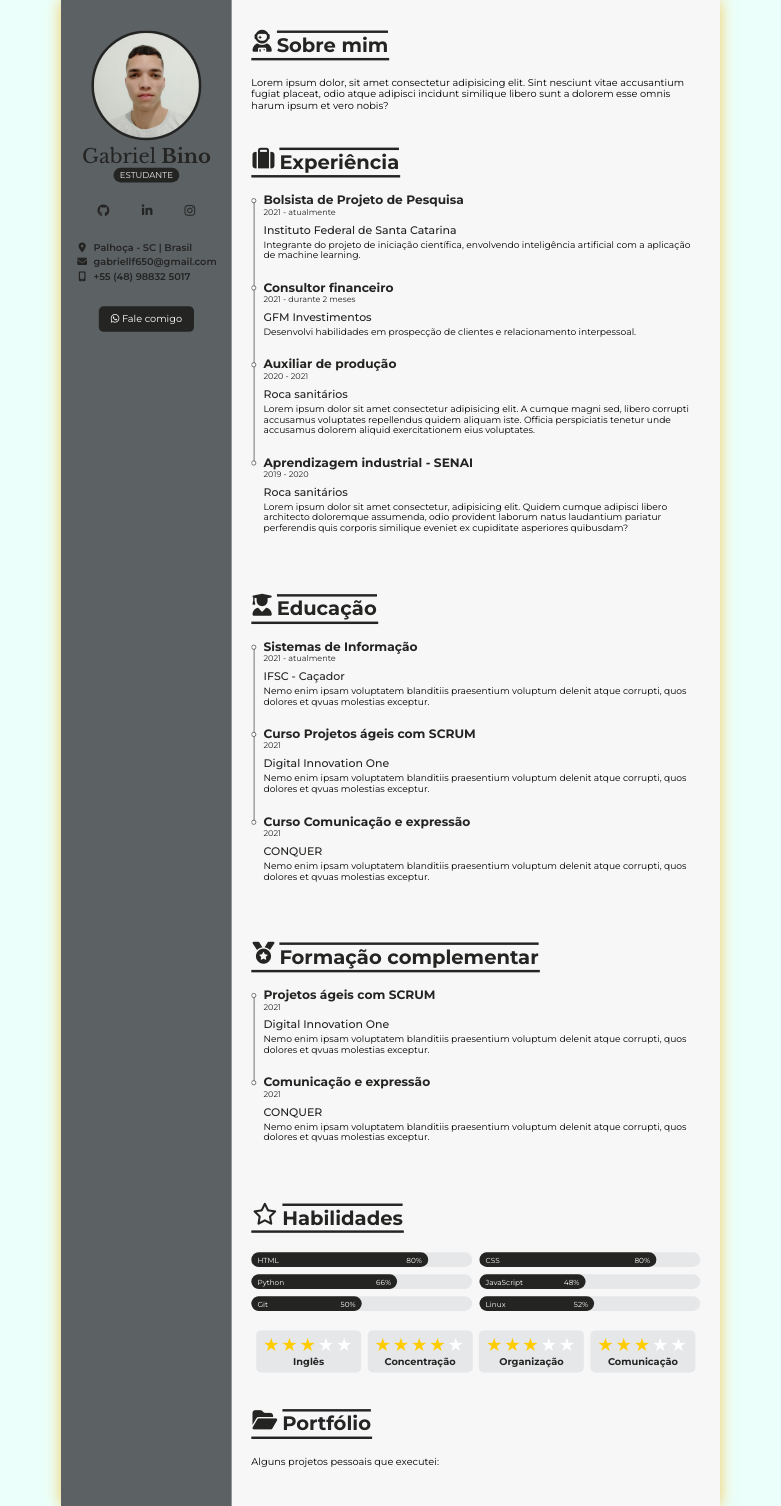
Repository: gabrielbino/curriculoResponsivo
Page: index.html
These files come from the project's save history. The page is drawn as it stood at one moment and after the next save; the edit follows.
The browser window is 1280 px wide. The pictures show the whole page, at 61% of full size.
Some web libraries are served in a nearby version.

Above is the page before, as saved 2021-10-19 16:38:07.

After the next save:
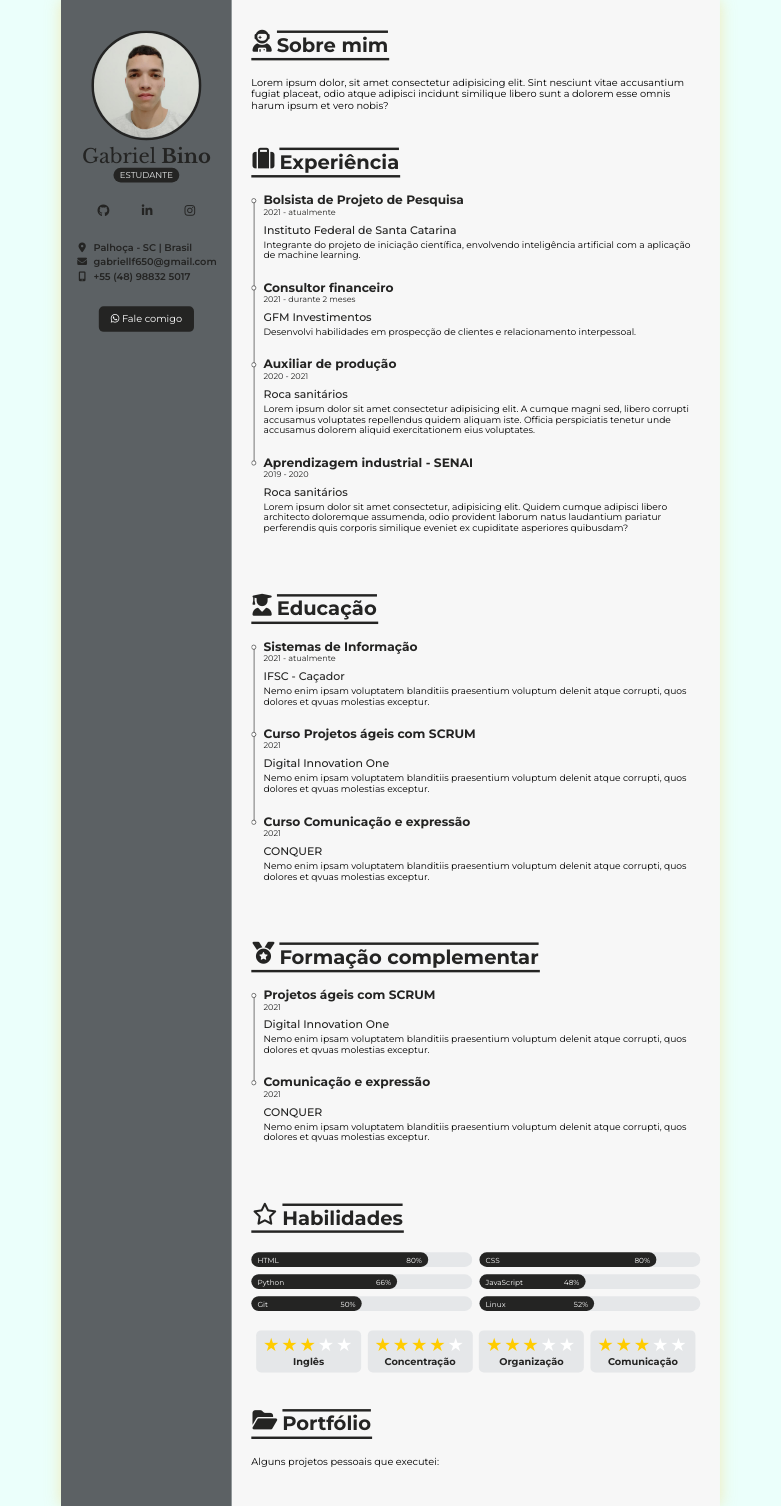
Saved 22 s later.
--- a/css/style.css
+++ b/css/style.css
@@ -16,7 +16,7 @@ body {
 
 main {
   background-color: #ebfffb;
-  box-shadow: 0 0 1.5rem #f5cb5c;
+  box-shadow: 0 0 1.5rem #f5cc5c69;
   display: flex;
   margin: 0 auto;
   max-width: 1080px;
